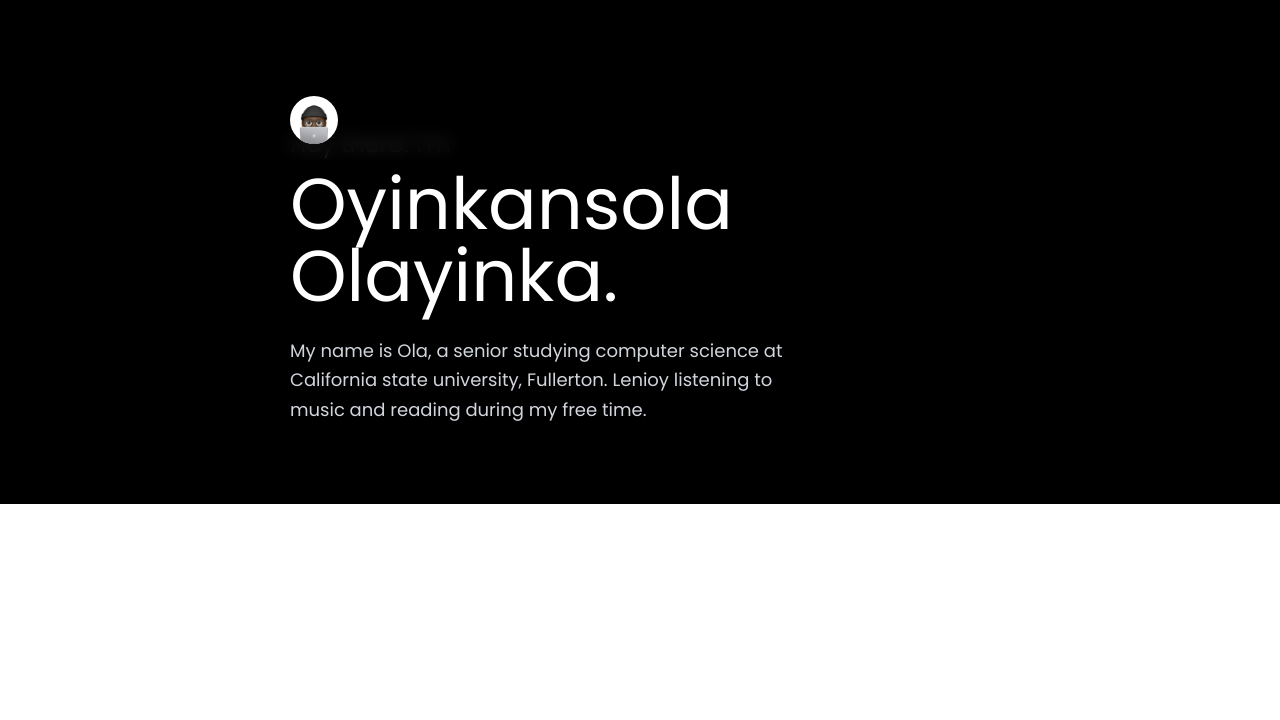
Repository: olasores/olasores-portfolio
Page: /
An editor plug-in stored every save of this project. The page is shown before and after the next save, followed by the edit.
The browser window is 1280 px wide. The pictures show the whole page.
The project was rebuilt for these pictures with package versions that can differ from the ones it lists, and the page was loaded fresh each time. The framework's server and built-in components were replaced by stand-ins that run in the browser. Also part of the build but not shown: next.config.ts.

Above is the page before, as saved 2025-11-11 12:50:44.

After the next save:
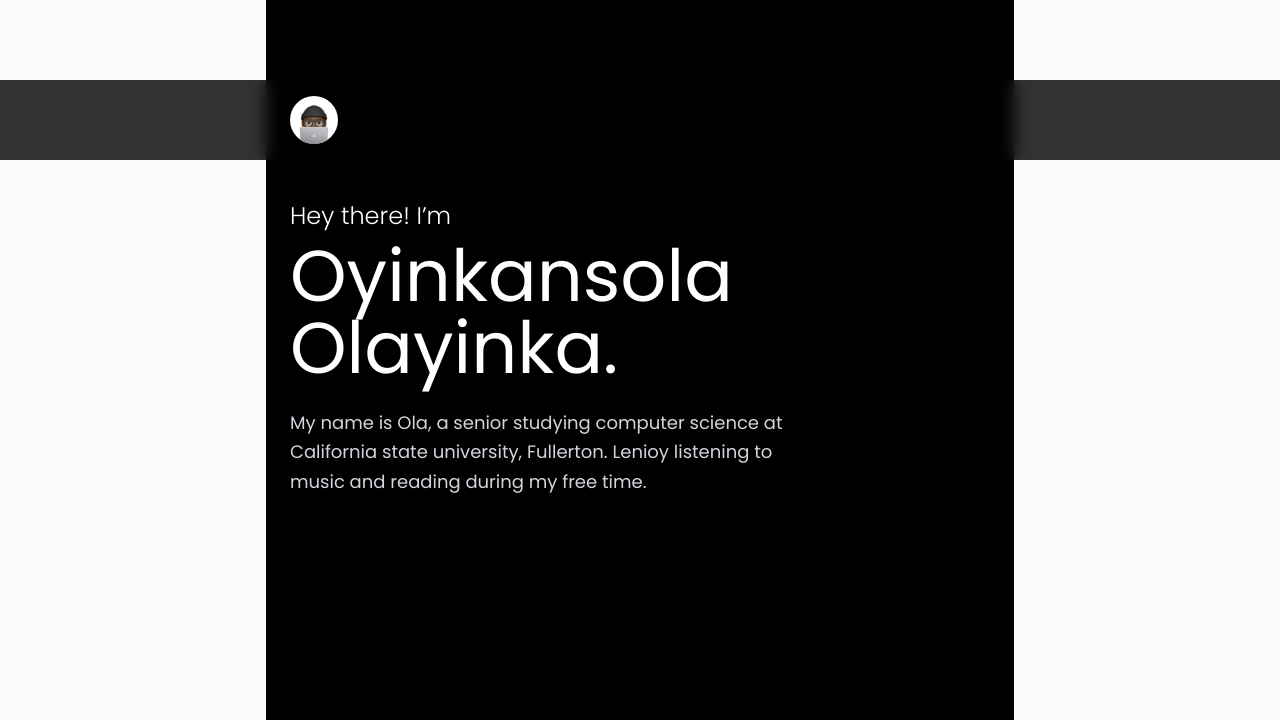
Saved 1 s later.
--- a/app/page.tsx
+++ b/app/page.tsx
@@ -1,9 +1,11 @@
+import Image from "next/image";
 import HomeSection from "./components/HomeSection";
 import Portfolio from "./components/Portfolio";
 
 export default function Home() {
   return (
-    <div className="flex flex-col bg-black">
+
+    <div className="flex min-h-screen items-center justify-center bg-zinc-50 font-sans dark:bg-black">
       <HomeSection />
       <Portfolio />
     </div>
--- a/app/components/HomeSection.tsx
+++ b/app/components/HomeSection.tsx
@@ -2,7 +2,7 @@
 
 export default function HomeSection() {
     return (
-        <div className="flex justify-center bg-black font-sans dark:bg-black px-6 py-20 pt-32">
+        <div className="flex min-h-screen justify-center bg-black font-sans dark:bg-black px-6 py-5 pt-50">
             <div className="max-w-[700px] w-full flex flex-col gap-12">
                 {/* Text content */}
                 <div className="flex flex-col gap-6 items-center md:items-start">
